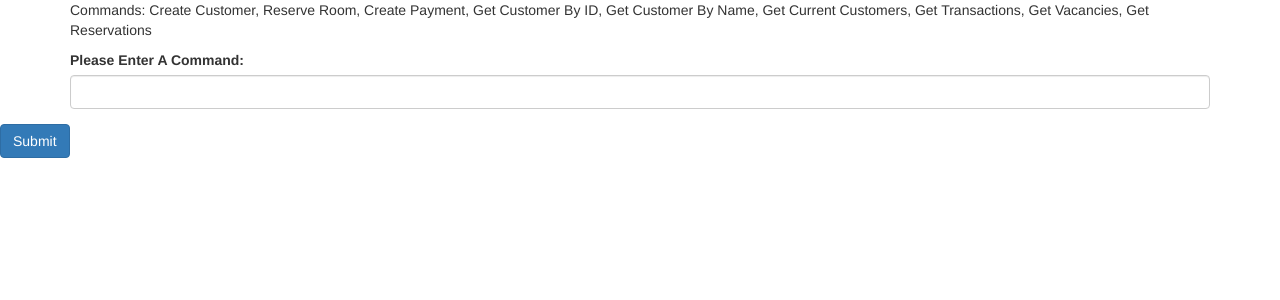
Repository: kddean/PA2
Page: Hotel Reservation System - Single Page/WebContent/HRS.html
An editor plug-in stored every save of this project. The page is shown before and after the next save, followed by the edit.
The browser window is 1280 px wide. The pictures show the whole page.

Above is the page before, as saved 2016-04-08 03:24:02.

After the next save:
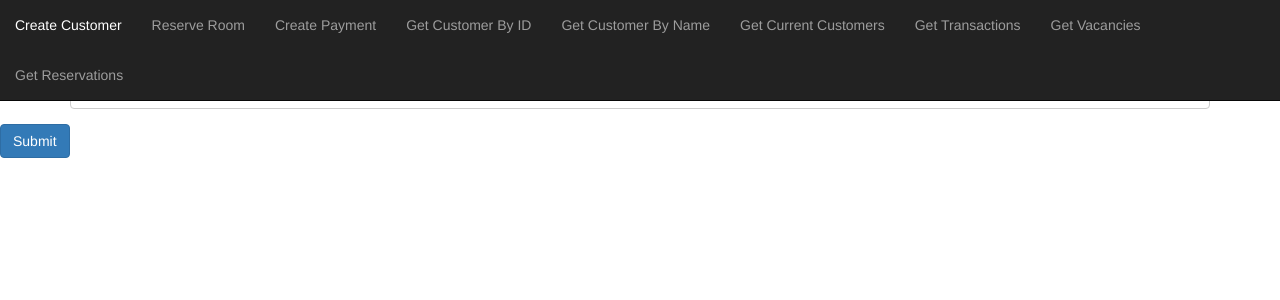
Saved 8 min 5 s later.
--- a/Hotel Reservation System - Single Page/WebContent/HRS.html
+++ b/Hotel Reservation System - Single Page/WebContent/HRS.html
@@ -13,6 +13,25 @@
 <title>HRS</title>
 </head>
 <body>
+
+<nav class="navbar navbar-inverse navbar-fixed-top">
+
+  <ul class="nav navbar-nav">
+    <li><a href="#FindForm">Create Customer</a></li>
+    <li><a href="#RoomForm">Reserve Room</a></li>
+    <li><a href="#PayForm">Create Payment</a></li>
+    <li><a href="#TForm">Get Customer By ID</a></li>
+    <li><a href="#CForm">Get Customer By Name</a></li>
+    <li><a href="#section1">Get Current Customers</a></li>
+    <li><a href="TForm">Get Transactions</a></li>
+    <li><a href="#section1">Get Vacancies</a></li>
+    <li><a href="#section1">Get Reservations</a></li>
+</nav>
+
+
+
+
+
 	<div class="container">
 		<p>Commands: Create Customer, Reserve Room, Create Payment, Get
 			Customer By ID, Get Customer By Name, Get Current Customers, Get
